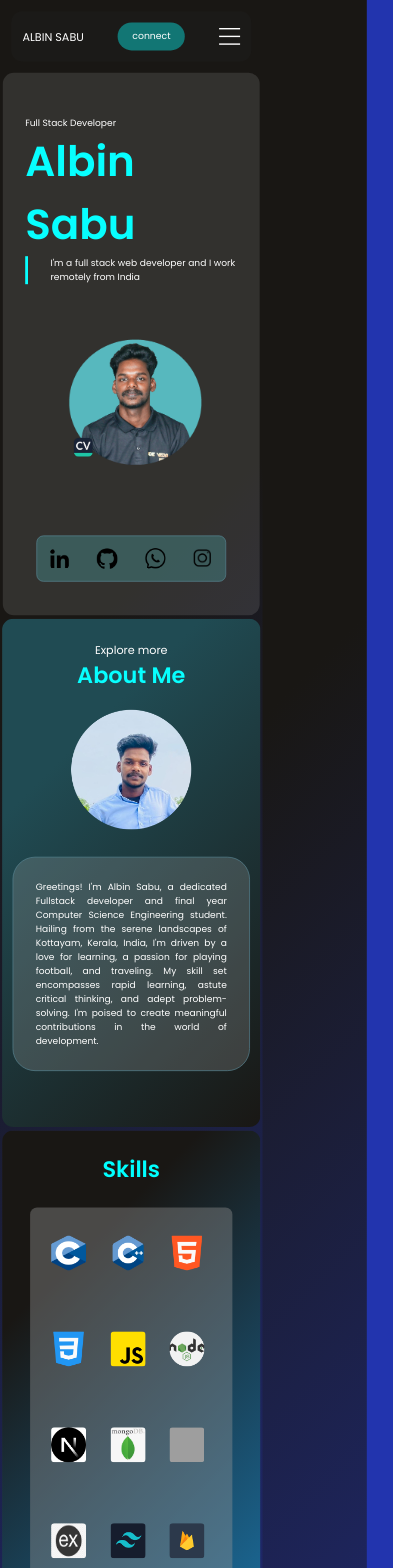
Repository: albinsabu2023/personalwebsite
Page: index.html
These files come from the project's save history. The page is drawn as it stood at one moment and after the next save; the edit follows.
The browser window is 375 px wide. The page is 524 px wide, then 561 px, so the pictures cover 561 px, including what lies to the right of the window. The pictures show the part of the page from y = 0 to 2240 px (the page is 3570 px tall before and 3575 px after), at 70% of full size.
Pictures or frames that could not be fetched are drawn as grey boxes.

Above is the page before, as saved 2023-09-04 11:50:51.

### index.html
<!DOCTYPE html>
<html lang="en">
<head>
    <meta charset="UTF-8">
    <meta name="viewport" content="width=device-width, initial-scale=1.0">
    <title>Document</title>
    <link rel="stylesheet" href="style.css">
    <link rel="stylesheet" href="media.css">
</head>
<body>
    <nav id="hero">
        <h3 class="title">Albin Sabu</h3>
        <ul>
            <li class><a href="#home">Home</a></li>
            <li><a href="#about">About Me</a></li>
            <li><a href="#skill">Skills</a></li>
            <li><a href="#project">Projects</a></li>
            <li><a href="#contact">Contact</a> </li>
        </ul>

        <button class="btn-connect">connect</button>
    </nav>
    <nav id="hamburger-nav">
        <div clas="logo"> ALBIN SABU</div>

        <button class="btn-connect">connect</button>
        <div class="hamburger-menu">
            <div class="hamburger-icon" onclick="toggleMenu()">
                <span></span>
                <span></span>
                <span></span>
            </div>

            <div class="menu-links">
                <li class><a href="#home" onclick="toggleMenu()">Home</a></li>
                <li><a href="#about" onclick="toggleMenu()">About Me</a></li>
                <li><a href="#skill">Skills</a></li>
                <li><a href="#project" onclick="toggleMenu()">Projects</a></li>
                <li><a href="#contact" onclick="toggleMenu()">Contact</a> </li>
            </div>

        </div>




    </nav>
    <div class="portfolio__body">
        <div id="home">

            <div class="profile__text">

                <p>Full Stack Developer</p>
                <h1>Albin Sabu</h1>
                <div class="profile__detail">
                    <span class="line"> </span>
                    <p class="profile__detail__p2">I'm a full stack web developer and I work remotely from India</p>

                </div>

            </div>
            <div class="profile__img">
                <img src="./assets/albin.png" class="profile" alt="profile">
                <div class="cv__btn" onclick="window.open('./assets/ALBIN SABU.pdf')">
                    <p>download</p>
                    <img src="./assets/cv.png" alt="cv" class="cv">
                </div>
            </div>

            <div class="profile__links">
                <img src="./assets/linkedin.png" alt="">
                <img src="./assets/github.png" alt="">
                <img src="./assets/whatsapp.png" alt="">
                <img src="./assets/insta.png" alt="">
            </div>
        </div>
        <div id="about">
            <div class="about__header">
                <p>Explore more</p>
                <h1 class="title">About Me</h1>
            </div>
            <div class="about__container">
                <div class="about__img">
                    <img src="./assets/about-pic.png" alt="">
                </div>
                <div class="about__details">
                    <p>Greetings! I'm Albin Sabu, a dedicated Fullstack developer and final year Computer Science Engineering
                        student. Hailing
                        from the serene landscapes of Kottayam, Kerala, India, I'm driven by a love for learning, a passion for
                        playing
                        football, and traveling. My skill set encompasses rapid learning, astute critical thinking, and adept
                        problem-solving.
                        I'm poised to create meaningful contributions in the world of development.</p>
                </div>
            </div>


        </div>
        <div id="skill">
            <h1 class="title">Skills</h1>

                <div class="skill__img">
                    <div class="div">
                        <img src="./assets/c.png" alt="skill" class="grid_1">
                        <img src="./assets/cpp.png" alt="skill" class="grid_2">
                        <img src="./assets/html.png" alt="skill" class="grid_3">
                    </div >
                   <div class="div">
                        <img src="./assets/css-3.png" alt="skill" class="grid_4">
                        <img src="./assets/js.png" alt="skill" class="grid_5">
                        <img src="./assets/nodejs.png" alt="skill" class="grid_6">
                   </div>
                    <div class="div">
                        <img src="./assets/next.png" alt="skill" class="grid_7">
                        <img src="./assets/mongodb.png" alt="skill" class="grid_8">
                        <img src="./assets/React.png" alt="skill" class="grid_9">
                    </div>
                    <div class="div">
                        <img src="./assets/express.png" alt="skill" class="grid_7">
                        <img src="./assets/tailwind.png" alt="skill" class="grid_8">
                        <img src="./assets/rebase.png" alt="skill" class="grid_9">
                    </div>


                </div>



        </div>
        <div id="project">
            <h1>Project</h1>
            <div class="all__projects">
                <div class="project__container">
                    <div class="project__img">
                        <img src="./assets/chatgpt-next.png" alt="">
                    </div>
                    <div class="project__details">
                        <h3>ChatGpt-Next</h3>
                        <!-- <p>2023<br>A ChatGpt Model WebApp created using nextjs with openaiApi</p> -->
                        <button class="btn-1">know more</button>
                    </div>

                </div>
                <div class="project__container">
                    <div class="project__img">
                        <img src="./assets/chatroom.png" alt="">
                    </div>
                    <div class="project__details">
                        <h3>ChatRoom</h3>
                        <!-- <p>2023<br>A ChatRoom  WebApp created using Reactjs with custonApi and firebase</p> -->
                        <button class="btn-1">know more</button>
                    </div>

                </div>
                <div class="project__container">
                    <div class="project__img">
                        <img src="./assets/portfolio.png" alt="">
                    </div>
                    <div class="project__details">
                        <h3>Portfolio</h3>
                        <!-- <p>2023<br>A Personal  Portfolio Project created using nextjs </p> -->
                        <button class="btn-1">know more</button>
                    </div>

                </div>
            </div>


        </div>
        <div id="contact">
           <h1>Contact</h1>
           <div class="contact__links">
                <img src="./assets/email.png" alt="">
                <p><a href="mailto:albinsullas13@gmial.com"></a>albinsullas13@gmail.com</p>

           </div>
            <div class="contact__links">
                <img src="./assets/linkedin.png" alt="">
                <p><a href=""></a>LinkedIn</p>

            </div>
            <div class="contact__links">
                <img src="./assets/loc.png" alt="">
                <p>Pathnamthitta.Kerala.India</p>

            </div>
            <div class="form">
                <form  class="form__container">
                    <div class="form__header">
                        <input type="text" placeholder="First Name">
                        <input type="text" placeholder="Last Name">
                    </div>
                    <input type="email" placeholder="Your Mail" >
                    <textarea  rows="8" cols="50" class="text"></textarea>
                    <button><a href="mailto:albinsullas13@gmail.com">Submit</a></button>
                </form>

            </div>
        </div>
    </div>

    <script src="index.js"></script>
</body>
</html>

### style.css
@import url('https://fonts.googleapis.com/css2?family=Poppins:ital,wght@0,300;0,400;0,500;0,600;1,300;1,500;1,600&display=swap');
*{
    margin:0;
    font-family: 'Poppins', sans-serif;

}
body{

    color: white;
    margin-top: 1rem;

    background-color: #2234ae;

    background-image: linear-gradient(315deg, #2234ae 0%, #191714 74%);

}
nav{
    position: sticky;
    z-index: 0;
    display: flex;
    padding: 1rem;
    margin: 1rem;
    background-color: rgba(34, 34, 34, 0.3);
    border-radius: 1rem;
    justify-content: space-between;

}

nav ul{
    list-style-type: none;
    display: flex;
    gap: 2rem;
    justify-content: space-between;



}


nav ul li{
    padding: 5px;
    border-radius: 1rem;
    text-align: center;
    width: 8rem;



}
nav ul li a{
    text-decoration: none;
    color: white;
}
nav ul li a:hover{
    color: rgb(7, 255, 255);
}

.btn-connect{
    background: rgb(7, 255, 255,0.4);
    border: none;
    color: white;
    padding: 10px;
    border-radius: 3rem;
    width: 6rem;

}
.btn-connect:hover{
    background: rgb(7, 255, 255, 0.6);
}

#home{

    padding: 2rem;
    /* border: #56828f 1px solid; */
    border-radius: 1rem;
    display: flex;
    margin: 3px;
    background: rgba(128, 128, 128, 0.24);
}

.line{
    border: rgb(7, 255, 255) 2px solid;

}
.profile__text{
    width: 50vw;
    object-fit: contain;
    text-align: justify;
    margin-top: 30px;
}
.profile__text p{
    font-size:30px ;
}
.profile__text h1{
    color: rgb(7, 255, 255);
    font-size:80px ;

}
.profile__detail{
    display: flex;
    flex-direction: col;
    gap: 2rem;

}
.profile__detail p{
    font-size: 30px;
}
.profile__img{
    width: 50%;
    align-items: center ;
    padding: 10px;
}
.profile__img img{
    height: 300px;
    width: 300px;
    position: relative;
}

.profile__links{

    align-items: center;
    justify-content: space-between;
    padding: 1rem;
    border-radius: 10px;
    display: flex;
    flex-direction: column;
    border: #56828f 1px solid;
    background:rgba(74, 153, 153, 0.4);

}

.cv__btn{
    display: flex;
}
.profile__img .cv__btn{
    background: rgb(7, 255, 255, 0.4);
        border: none;
        color: white;
        padding: 10px;
        border-radius: 3rem;
        width: 6rem;

}
.profile__img .cv__btn:hover{
    background: rgba(75, 243, 243, 0.7);
}
.profile__img .cv__btn img{
    width: 30px;
    height: 30px;
}
.profile__links img{
    height: 30px;
    width: 30px;
    display: flex;
    border-radius: 10px;
    padding: 1px;


}
#hamburger-nav {
    display: none;
    align-items: center;
}

.hamburger-menu {
    position: relative;
    display: inline-block;
}

.hamburger-icon {
    display: flex;
    flex-direction: column;
    justify-content: space-between;
    height: 24px;
    width: 30px;
    cursor: pointer;
}

.hamburger-icon span {
    width: 100%;
    height: 2px;
    background-color: rgb(255, 255, 255);
    transition: all 0.3 ease-in-out;
}

.menu-links {
    position: absolute;
    top: 100%;
    right: 0%;
    width: fit-content;
    max-height: 0;
    overflow: hidden;
    transition: all 0.3 ease-in-out;
}

.menu-links {
    display: block;
    margin-top: 9px;
    width: 8rem;
    text-align: center;
    font-size: 1.5rem;
    color: rgb(248, 243, 243);
    text-decoration: none;
    transform: all 0.3 ease-in-out;
    background: rgba(172, 172, 172, 0.24);
    border-radius: 1rem;
}

.menu-links li  {
    list-style-type: none;

}



.menu-links li a{
    text-decoration: none;
    color: white;

}

.menu-links.open {
    max-height: 300px;
}

.hamburger-icon.open span:first-child {
    transform: rotate(45deg) translate(10px, 5px);
}

.hamburger-icon.open span:nth-child(2) {
    opacity: 0;
}

.hamburger-icon.open span:last-child {
    transform: rotate(-45deg) translate(10px, -5px);
}

.hamburger-icon span:first-child {
    transform: none;
}

.hamburger-icon span:first-child {
    opacity: 1;
}

.hamburger-icon span:first-child {
    transform: none;
}


#about{
    margin: 3px;
    margin-top: 5px;
    padding: 2rem;
    /* border: #56828f 1px solid; */
    border-radius: 1rem;
    display: flex;
    flex-direction: column;
    background: rgba(128, 128, 128, 0.24);
    background-image: linear-gradient(315deg,  #191714 0%,#204b53 74%);
    background-repeat:none ;
    background-size: cover;
}
.about__header{
    display: flex;
    flex-direction: column;
    align-items: center;
    justify-content: center;
}
.about__header h1{
    color: rgb(7, 255, 255);
}
.about__container{
    padding: 1rem;
    display: flex;
    align-items: center;
   justify-content: center;

}
.about__container img {
        width: 300px;
        height: 280px;
        border-radius: 1rem;
        margin: 0;

}


.about__details{
    text-align: justify;
     padding:2rem ;
    max-width: 400px;
    background: rgba(172, 172, 172, 0.24);
    border-radius:2rem ;
    border: #56828f 1px solid;
    margin: 2rem;
}
 .about__container img {

     border-radius: 1rem;

 }
 #skill{
    margin: 3px;
    margin-top: 5px;
    padding: 2rem;
        /* border: #56828f 1px solid; */
    border-radius: 1rem;
    display: flex;
    flex-direction: column;
    background: rgba(128, 128, 128, 0.24);
    background-image: linear-gradient(315deg,#1a6e9f  0%, #191714 74%);
    background-repeat: none;
    background-size: cover;
    align-items: center;

 }
 .skill__container{
    display: flex;
    flex-wrap: wrap;


 }
 #skill h1{
    color: aqua;

 }
 .skill__img img{
    width: 70px;
    height: 70px;
    margin: 20px;
    border-radius: 5px;

 }
  .skill__img{
    background: rgb(148, 148, 148,0.4);
    padding: 20px;
    border-radius: 10px;

    display: inline-grid;
    column-gap: 5px;
    row-gap: 5px;
    grid-column: 4;
    grid-row: 4;
    align-items: center;
    justify-content: center;



  }

  #project{

        margin-top: 5px;
        padding: 2rem;
        margin-bottom: 40px;
        border-radius: 1rem;
        display: flex;
        flex-direction: column;
        background: rgba(128, 128, 128, 0.24);
        background-image: linear-gradient(315deg,#191714  0%, #255975 74%);
        background-repeat: none;
        background-size: cover;
        align-items: center;
  }
  #project h1{
    color: aqua;
    margin-bottom: 20px;
  }

  .project__container{
    display: flex;
    flex-direction: column;
    background-color: rgba(124, 124, 124, 0.5);
    padding: 20px;
    border-radius: 20px;
    margin: 1rem;
    align-items: center;

  }
  .project__img img{
    height: 200px;
    width: 200px;
    border-radius:20px ;
  }

  .project__details{
    display: flex;
    flex-direction: column;
    align-items: center;
    justify-content: center;
    margin: 5px;
    gap: 20px;
    padding: 10px;

  }
  .project__details h3{
    text-decoration: underline;
    color: aquamarine;

  }
  .project__details  button{
    background: rgb(49, 152, 152);
    border: none;
    padding: 10px;
    border-radius: 5px;
    color: white;

  }
  .all__projects{
    display: flex;

  }

  .all__projects::-webkit-scrollbar{
    display: none;
  }

  #contact{
         margin: 5px;
        padding: 2rem;

        border-radius: 1rem;
        display: flex;
        flex-direction: column;
        background: rgba(128, 128, 128, 0.24);
        background-image: linear-gradient(315deg, #191714 0%, #255975 74%);
        background-repeat: none;
        background-size: cover;
        align-items: center;
  }

  #contact h1{
    color: aqua;
    margin-bottom: 40px;
  }

  .contact__links{
    display: flex;
    align-items: center;
    justify-content: center;
    gap: 3px;
  }

  .contact__links img{
    height: 30px;
    width: 30px;
  }


  .form{
    display: flex;
    flex-direction: column;
    align-items: center;

  }

  .form__container{
    background: rgb(112, 112, 112,0.5);
    padding: 10px;
    margin: 2rem;
    display: flex;
    flex-direction: column;
    border-radius: 10px;
    align-items: center;
    justify-content: center;
    margin-bottom: 10px;


  }
  .form__container input{
    width: 98%;
    margin-bottom: 20px;
    color: white;
    border: none;
    padding: 3px;


  }
  .form__header{
    display: flex;

    gap: 10px;
  }
  .form__header input:focus{
    outline:none;
  }

  .form textarea{
    outline: none;
  }

  .form__container button{
    display: flex;
    align-items: center;
    justify-content: center;
    background: rgb(60, 180, 227);
    border:none;
    width: 90px;
    padding: 10px;
    margin: 10px;
    border-radius:20px;

  }
   .form__container button a{
    text-decoration: none;
    color: white;
   }

### media.css
@media  screen and (max-width:600px) {
    body{
        background-size:cover;
    }

    #hero{
        display: none;
    }
    nav ul{
        flex-direction: column;
        display: none;


    }
    #home{
        margin: 4px;
        flex-direction: column;
        justify-content: center;


    }

    #hamburger-nav {
         display: flex;

    }

    .profile__text{
        width:80vw;
    }
    .profile__text p{
        font-size: small;
    }
    .profile__text h1{
        font-size: 60px;
    }

    .profile__img .cv__btn img{
    width: 30px;
    height: 30px;

    top: 36rem;
    }
    .profile__img .cv__btn:hover {
        background: none;
    }

    .profile__img img{
        padding: 3rem;
       width: 200px;
       height: 200px;
    }
    .profile__links{
        display: flex;
        flex-direction: row;
    }

        .profile__img .cv__btn p {
            display: none;

        }
        .profile__img .cv__btn{
            background: none;
        }
        .about__container{
            flex-direction: column;

        }
        .about__container img{
            width: 200px;
            height: 180px;
            border-radius: 1rem;
            margin: 0;
        }

        .about__details{
            width: 100%;
        }

        .about__details p {
            font-size: small;

        }
    .skill__img img {
        width: 50px;
        height: 50px;
        margin-left: 10px;
    }
    #skill  h1{
        margin-bottom: 30px;
    }

    .skill__container{
        padding: 4px;

    }
    .skill__img .div{
        margin-bottom:35px;
    }

        .project__img img {
            height: 250px;
            width:200px;
            border-radius: 20px;

        }

        .project__details {
            display: flex;
            flex-direction: column;
            align-items: center;
            justify-content: center;
            margin: 1rem;
            gap: 20px;
        }
        .project__container{
            padding: 10px;
            align-items: center;
            margin: 10px;
            height: 60vh;
        }
        .project__details p{
            font-size: small;

        }
        .all__projects{
          display: flex;
          overflow-x: scroll;
          width: 100%;

        }
        #project{
            width: 95%;
            padding: 5px;
            margin: 5px;
        }

        #contact{
            margin: 0;
        }


}

@media screen and (max-width:1200px){
    #home {
            margin: 4px;
            flex-direction: column;

        }
        .profile__links {
            display: flex;
            flex-direction: row;
        }

}
@media screen and (max-width:400px) {
    #home {
        margin: 4px;
        flex-direction: column;

    }

    .profile__links {
        display: flex;
        flex-direction: row;
        margin: 1rem;
    }
        .profile__img img {
            align-items: center;
        }
    .profile__img .cv__btn img {
        width: 30px;
        height: 30px;
        position: absolute;
        top: 36rem;
    }
    .profile__img .cv__btn p{
        display: none;
    }

}

### index.js
function toggleMenu() {
  const menu = document.querySelector(".menu-links");
  const icon = document.querySelector(".hamburger-icon");
  menu.classList.toggle("open");
  icon.classList.toggle("open");
}

function submit() {
  window.location.href = "mailto:albinsullas13@gmail.com";
}

After the next save:
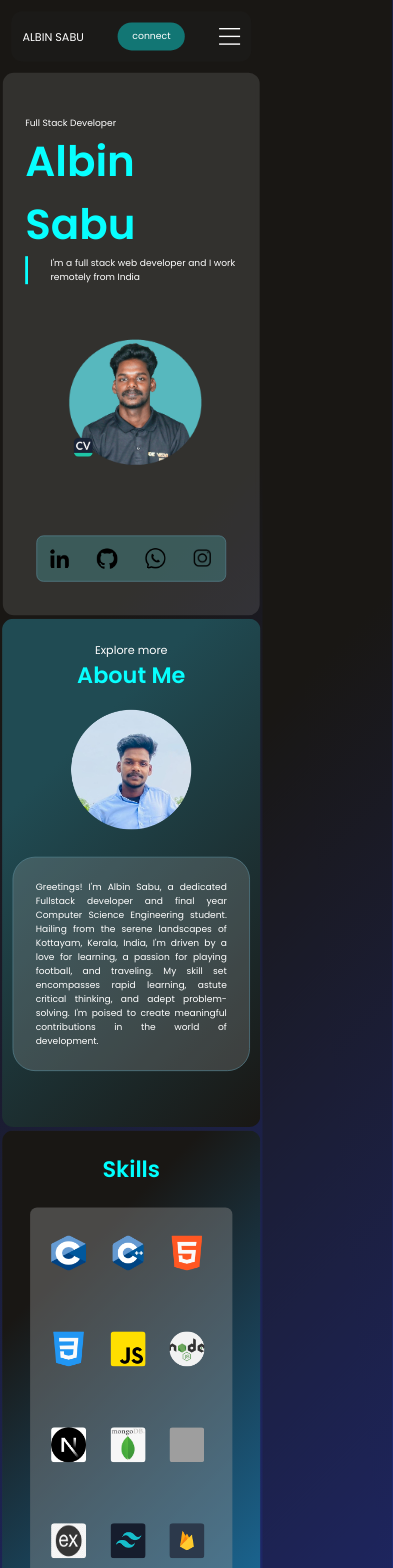
Saved 14 s later.
--- a/media.css
+++ b/media.css
@@ -136,7 +136,7 @@
         }
 
         #contact{
-            margin: 0;
+            width: 100%;
         }
 
 
